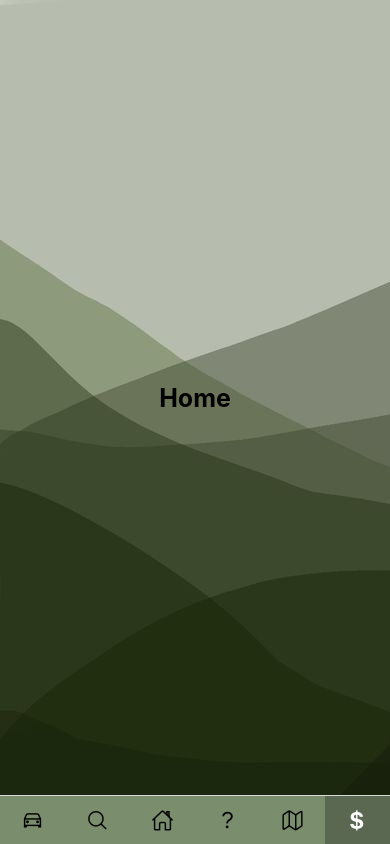
Repository: GabrielAron/EcoWheels
Page: /Pagamento
The author's editor kept a copy of each file at every save. The page is drawn from the files as they stood at one save, then again after the next save.
The browser window is 390 px wide. The pictures show the whole page.
The app was drawn by React Native's web renderer in a window 390 px wide. The project was rebuilt for these pictures with package versions that can differ from the ones it lists, and the page was loaded fresh each time. Also part of the build but not shown: src/Paginas/Home/index.js, src/Paginas/Carros/index.js, src/Paginas/Ajuda/index.js, src/Paginas/Mapa/index.js.

Above is the page before, as saved 2023-11-24 14:22:30.

### App.js
import React from 'react';
import Routes from './src/Paginas/routes';
import { ReservaProvider } from './src/Paginas/ReservaContext';


function App() {
  return (
    <ReservaProvider>
      <Routes />
    </ReservaProvider>
  );
}

export default App;

### src/Paginas/routes.js
import React from 'react';
import { createBottomTabNavigator } from '@react-navigation/bottom-tabs';
import { NavigationContainer } from '@react-navigation/native';
import { Ionicons } from '@expo/vector-icons';

import Home from './Home';
import Explorar from './Carros';
import Ajuda from './Ajuda';
import Reservas from './Locacoes';
import Recarga from './Mapa';
import Pagamento from './Pagamento/pagamento';

const Tab = createBottomTabNavigator();

export default function Routes() {
  return (
    <NavigationContainer>
      <Tab.Navigator
        tabBarOptions={{
          showLabel: false, // Oculta as etiquetas de texto das guias
          tabBarStyle: {
            position: 'absolute',
            backgroundColor: '#7A8D6D',
            height:700,
          },
          tabStyle: {
            elevation: 0,
          },
          inactiveBackgroundColor: '#7A8D6D',
          activeBackgroundColor: '#5A6851',
        }}
      >
        <Tab.Screen
          name="Reservas"
          component={Reservas}
          options={{
            headerShown: false,
            tabBarIcon: ({ color, size, focused }) => {
              if (focused) {
                return <Ionicons name="md-car" size={23} color="#FFF" />;
              } else {
                return <Ionicons name="md-car-outline" size={23} color="#000000" />;
              }
            },
          }}
        />
        <Tab.Screen
          name="Explorar"
          component={Explorar}
          options={{
            headerShown: false,
            tabBarIcon: ({ color, size, focused }) => {
              if (focused) {
                return <Ionicons name="md-search" size={23} color="#FFF" />;
              } else {
                return <Ionicons name="md-search-outline" size={23} color="#000000" />;
              }
            },
          }}
        />
        <Tab.Screen
          name="Home"
          component={Home}
          options={{
            headerShown: false,
            tabBarIcon: ({ color, size, focused }) => {
              if (focused) {
                return <Ionicons name="md-home" size={23} color="#FFF" />;
              } else {
                return <Ionicons name="md-home-outline" size={23} color="#000000" />;
              }
            },
          }}
        />
        <Tab.Screen
          name="Ajuda"
          component={Ajuda}
          options={{
            headerShown: false,
            tabBarIcon: ({ color, size, focused }) => {
              if (focused) {
                return <Ionicons name="md-help" size={23} color="#FFF" />;
              } else {
                return <Ionicons name="md-help-outline" size={23} color="#000000" />;
              }
            },
          }}
        />
        <Tab.Screen
          name="Recarga"
          component={Recarga}
          options={{
            headerShown: false,
            tabBarIcon: ({ color, size, focused }) => {
              if (focused) {
                return <Ionicons name="md-map" size={23} color="#FFF" />;
              } else {
                return <Ionicons name="md-map-outline" size={23} color="#000000" />;
              }
            },
          }}
        />
         <Tab.Screen
          name="Pagamento"
          component={Pagamento}
          options={{
            headerShown: false,
            tabBarIcon: ({ color, size, focused }) => {
              if (focused) {
                return <Ionicons name="logo-usd" size={23} color="#FFF" />;

              } else {
                return <Ionicons name="logo-usd" size={23} color="#000000" />;
              }
            },
          }}
        />
      </Tab.Navigator>
    </NavigationContainer>
  );
}

### src/Paginas/ReservaContext.js
import React, { createContext, useState } from 'react';

export const ReservaContext = createContext();

export const ReservaProvider = ({ children }) => {
  const [reservas, setReservas] = useState([]);

  return (
    <ReservaContext.Provider value={{ reservas, setReservas }}>
      {children}
    </ReservaContext.Provider>
  );
};

### src/Paginas/Locacoes/index.js
import React, { useState, useContext } from 'react';
import { View, Text, ImageBackground, Button, StyleSheet, ScrollView, Modal, Alert } from 'react-native';
import Fundo from '/imagens/fundoverde.jpg';
import { ReservaContext } from '../ReservaContext'; // Atualize o caminho conforme necessário

const Card = ({ id, title, image }) => {
  const [modalVisible, setModalVisible] = useState(false);
  const { reservas, setReservas } = useContext(ReservaContext);
  const [carros, setCarros] = useState([

      { id: 1, title: "QUALIDADE PARA UM CONFORTO E ÓTIMO PASSEIO - Exquisite Cruiser 1.8", image: "https://cdn.leonardo.ai/users/cf8d0bec-5da3-4e6a-aed2-13735b2a6925/generations/a40b4ef5-35ec-4e32-a5ff-cc2ef5e85345/PhotoReal_make_a_background_image_for_a_cell_phone_application_2.jpg?w=512" },
      { id: 2, title: "DESIGN E CONFORTO EM UM - Rider GT 3.0", image: "https://cdn.leonardo.ai/users/cf8d0bec-5da3-4e6a-aed2-13735b2a6925/generations/a40b4ef5-35ec-4e32-a5ff-cc2ef5e85345/PhotoReal_make_a_background_image_for_a_cell_phone_application_3.jpg?w=512" },
      { id: 3, title: "FORÇA PARA DESAFIOS OFF-Road - Viper GT 3.0 ", image: "https://cdn.leonardo.ai/users/cf8d0bec-5da3-4e6a-aed2-13735b2a6925/generations/a0fe3adc-2c2f-4336-bc49-e57599170dd1/PhotoReal_faa_um_hummer_eltrico_novo_andando_por_uma_cidade_3.jpg?w=512" },
      { id: 4, title: "UM CARRO ANTIGO E ESTILOSO PARA OS AMANTES DE CLÁSSICOS - Bentley 1.8", image: "https://cdn.leonardo.ai/users/cf8d0bec-5da3-4e6a-aed2-13735b2a6925/generations/c6457b66-6149-4c4d-8408-99c27071dc1e/PhotoReal_faa_um_carro_eletrico_executivo_andando_por_uma_cida_0.jpg?w=512" },
      { id: 5, title: "UM CARRO VERSÁTIL QUE ATENDE A TODAS AS NECESSIDADES FLEXUS X 1.0", image: "https://cdn.leonardo.ai/users/cf8d0bec-5da3-4e6a-aed2-13735b2a6925/generations/f62f0f84-2ea5-4c9d-a4e3-33ade848f3b2/PhotoReal_make_a_background_image_for_a_cell_phone_application_3.jpg?w=512" },
      { id: 6, title: "UMA OPÇÃO PERFEITA PARA QUEM BUSCA PRATICIDADE E CONFORTO - LUXURY DRIVE 1.6", image: "https://cdn.leonardo.ai/users/cf8d0bec-5da3-4e6a-aed2-13735b2a6925/generations/589507b8-d87b-4a85-b05e-c325ccebd6b6/PhotoReal_make_a_background_image_for_a_cell_phone_application_1.jpg?w=512" },
      { id: 7, title: "UM CARRO ESPORTIVO COM DESEMPENHO DE ALTA POTÊNCIA Vortex GT 5.0", image: "https://fotos-jornaldocarro-estadao.nyc3.cdn.digitaloceanspaces.com/wp-content/uploads/2023/01/13072602/Carro_esportivo.jpg" },
    ]);


  return (
    <View style={styles.card}>
      <ImageBackground source={{ uri: image }} style={styles.image}>
        <View style={styles.content}>
          <Text style={styles.title}>{title}</Text>
          <Button title="Reservar" onPress={() => setModalVisible(true)} />
        </View>
      </ImageBackground>

      <Modal
        animationType="slide"
        transparent={true}
        visible={modalVisible}
        onRequestClose={() => {
          Alert.alert("Modal has been closed.");
          setModalVisible(!modalVisible);
        }}
      >
        <View style={styles.centeredView}>
          <View style={styles.modalView}>
            <Text style={styles.modalText}>Deseja mesmo reservar o carro?</Text>

            <Button
              style={[styles.button, styles.buttonClose]}
              onPress={() => {
                setReservas([...reservas, { id, title, image }]);
                setCarros(carros.filter(carro => carro.id !== id));
                setModalVisible(!modalVisible);
              }}
              title="Sim"
            />
            <Button
              style={[styles.button, styles.buttonCancel]}
              onPress={() => setModalVisible(!modalVisible)}
              title="Não"
            />
          </View>
        </View>
      </Modal>
    </View>
  );
};

export default function Reservas() {
  return (
    <View style={styles.container}>
      <ImageBackground source={Fundo} style={styles.image}>
        <Text style={styles.text}>Carros</Text>
        <View style={styles.cardContainer}>
          <ScrollView showsVerticalScrollIndicator={false}>
            <Card id={1} title="QUALIDADE PARA UM CONFORTO E ÓTIMO PASSEIO - Exquisite Cruiser 1.8" image="https://cdn.leonardo.ai/users/cf8d0bec-5da3-4e6a-aed2-13735b2a6925/generations/a40b4ef5-35ec-4e32-a5ff-cc2ef5e85345/PhotoReal_make_a_background_image_for_a_cell_phone_application_2.jpg?w=512" />
            <Card id={2} title="DESIGN E CONFORTO EM UM - Rider GT 3.0" image="https://cdn.leonardo.ai/users/cf8d0bec-5da3-4e6a-aed2-13735b2a6925/generations/a40b4ef5-35ec-4e32-a5ff-cc2ef5e85345/PhotoReal_make_a_background_image_for_a_cell_phone_application_3.jpg?w=512" />
            <Card id={3} title="FORÇA PARA DESAFIOS OFF-Road - Viper GT 3.0 " image="https://cdn.leonardo.ai/users/cf8d0bec-5da3-4e6a-aed2-13735b2a6925/generations/a0fe3adc-2c2f-4336-bc49-e57599170dd1/PhotoReal_faa_um_hummer_eltrico_novo_andando_por_uma_cidade_3.jpg?w=512" />
            <Card id={4} title="UM CARRO ANTIGO E ESTILOSO PARA OS AMANTES DE CLÁSSICOS - Bentley 1.8" image="https://cdn.leonardo.ai/users/cf8d0bec-5da3-4e6a-aed2-13735b2a6925/generations/c6457b66-6149-4c4d-8408-99c27071dc1e/PhotoReal_faa_um_carro_eletrico_executivo_andando_por_uma_cida_0.jpg?w=512" />
            <Card id={5} title="UM CARRO VERSÁTIL QUE ATENDE A TODAS AS NECESSIDADES FLEXUS X 1.0" image="https://cdn.leonardo.ai/users/cf8d0bec-5da3-4e6a-aed2-13735b2a6925/generations/f62f0f84-2ea5-4c9d-a4e3-33ade848f3b2/PhotoReal_make_a_background_image_for_a_cell_phone_application_3.jpg?w=512" />
            <Card id={6} title="UMA OPÇÃO PERFEITA PARA QUEM BUSCA PRATICIDADE E CONFORTO - LUXURY DRIVE 1.6" image="https://cdn.leonardo.ai/users/cf8d0bec-5da3-4e6a-aed2-13735b2a6925/generations/589507b8-d87b-4a85-b05e-c325ccebd6b6/PhotoReal_make_a_background_image_for_a_cell_phone_application_1.jpg?w=512" />
            <Card id={7} title="UM CARRO ESPORTIVO COM DESEMPENHO DE ALTA POTÊNCIA Vortex GT 5.0" image="https://fotos-jornaldocarro-estadao.nyc3.cdn.digitaloceanspaces.com/wp-content/uploads/2023/01/13072602/Carro_esportivo.jpg" />
          </ScrollView>
        </View>
      </ImageBackground>
    </View>
  );
}


const styles = StyleSheet.create({
  container: {
    flex: 1,
  },
  image: {
    flex: 1,
    resizeMode: 'cover',
    justifyContent: 'center',
  },
  text: {
    color: '#fffbff',
    fontSize: 36,
    position: 'absolute',
    top: 50,
    left: 0,
    right: 0,
    fontWeight: 'bold',
    textAlign: 'center',
  },
  cardContainer: {
    flex: 1,
    alignItems: 'center',
    justifyContent: 'center',
    paddingTop: 200,
    paddingLeft: 75,
  },
  card: {
    width: '90%',
    height: 200,
    marginBottom: 45,
    borderRadius: 10,
    overflow: 'hidden',
  },
  image: {
    flex: 1,
    resizeMode: 'cover',
    justifyContent: 'center',
  },
  content: {
    padding: 10,
    alignItems: 'center',
    justifyContent: 'center',
  },
  title: {
    fontSize: 16,
    fontWeight: 'bold',
    color: '#fffbff',
  },
  overlay: {
    ...StyleSheet.absoluteFillObject,
    backgroundColor: 'rgba(128, 128, 128, 0.5)',
  },
  centeredView: {
    flex: 1,
    justifyContent: "center",
    alignItems: "center",
    marginTop: 22
  },
  modalView: {
    margin: 20,
    backgroundColor: "white",
    borderRadius: 20,
    padding: 35,
    alignItems: "center",
    shadowColor: "#000",
    shadowOffset: {
      width: 0,
      height: 2
    },
    shadowOpacity: 0.25,
    shadowRadius: 4,
    elevation: 5
  },
  button: {
    borderRadius: 20,
    padding: 10,
    elevation: 2
  },
  buttonClose: {
    backgroundColor: "#2196F3",
  },
  buttonCancel: {
    backgroundColor: "#f00",
  },
  modalText: {
    marginBottom: 15,
    textAlign: "center"
  }
});

### src/Paginas/Pagamento/pagamento.js

import { View, Text, ImageBackground, StyleSheet } from 'react-native';
import Fundo from '/imagens/fundoverde.jpg';

export default function pagamento() {
  return (
    <View style={styles.container}>
      <ImageBackground source={Fundo} style={styles.image}>
        <Text style={styles.text}>Home</Text>
      </ImageBackground>
    </View>
  );
}

const styles = StyleSheet.create({
  container: {
    flex: 1,
  },
  image: {
    flex: 1,
    resizeMode: 'cover',
    justifyContent: 'center',
  },
  text: {
    fontSize: 25,
    color: '#000',
    fontWeight: 'bold',
    textAlign: 'center',
  },
});

After the next save:
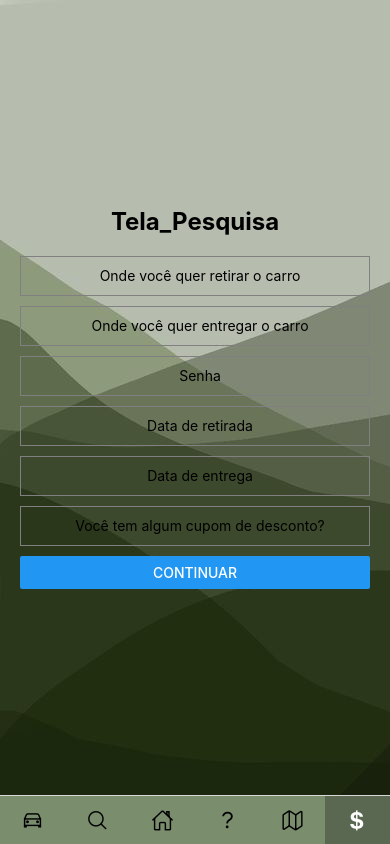
Saved 5 min 0 s later.
--- a/src/Paginas/Pagamento/pagamento.js
+++ b/src/Paginas/Pagamento/pagamento.js
@@ -1,30 +1,47 @@
-
-import { View, Text, ImageBackground, StyleSheet } from 'react-native';
+import React from 'react';
+import { View, Text, TextInput, Button, StyleSheet, ImageBackground } from 'react-native';
 import Fundo from '/imagens/fundoverde.jpg';
 
-export default function pagamento() {
+export default function App() {
   return (
-    <View style={styles.container}>
-      <ImageBackground source={Fundo} style={styles.image}>
-        <Text style={styles.text}>Home</Text>
-      </ImageBackground>
-    </View>
+    <ImageBackground source={Fundo} style={styles.image}>
+      <View style={styles.container}>
+        <Text style={styles.title}>Tela_Pesquisa</Text>
+        <TextInput style={styles.input} placeholder="Onde você quer retirar o carro" />
+        <TextInput style={styles.input} placeholder="Onde você quer entregar o carro" />
+        <TextInput style={styles.input} placeholder="Senha" secureTextEntry={true} />
+        <TextInput style={styles.input} placeholder="Data de retirada" />
+        <TextInput style={styles.input} placeholder="Data de entrega" />
+        <TextInput style={styles.input} placeholder="Você tem algum cupom de desconto?" />
+        <Button title="Continuar" onPress={() => {}} />
+      </View>
+    </ImageBackground>
   );
 }
 
 const styles = StyleSheet.create({
   container: {
     flex: 1,
+    justifyContent: 'center',
+    padding: 20,
   },
   image: {
     flex: 1,
     resizeMode: 'cover',
     justifyContent: 'center',
   },
-  text: {
-    fontSize: 25,
-    color: '#000',
+  title: {
+    fontSize: 24,
     fontWeight: 'bold',
+    textAlign: 'center',
+    marginBottom: 20,
+  },
+  input: {
+    height: 40,
+    borderColor: 'gray',
+    borderWidth: 1,
+    marginBottom: 10,
+    paddingLeft: 10,
     textAlign: 'center',
   },
 });
